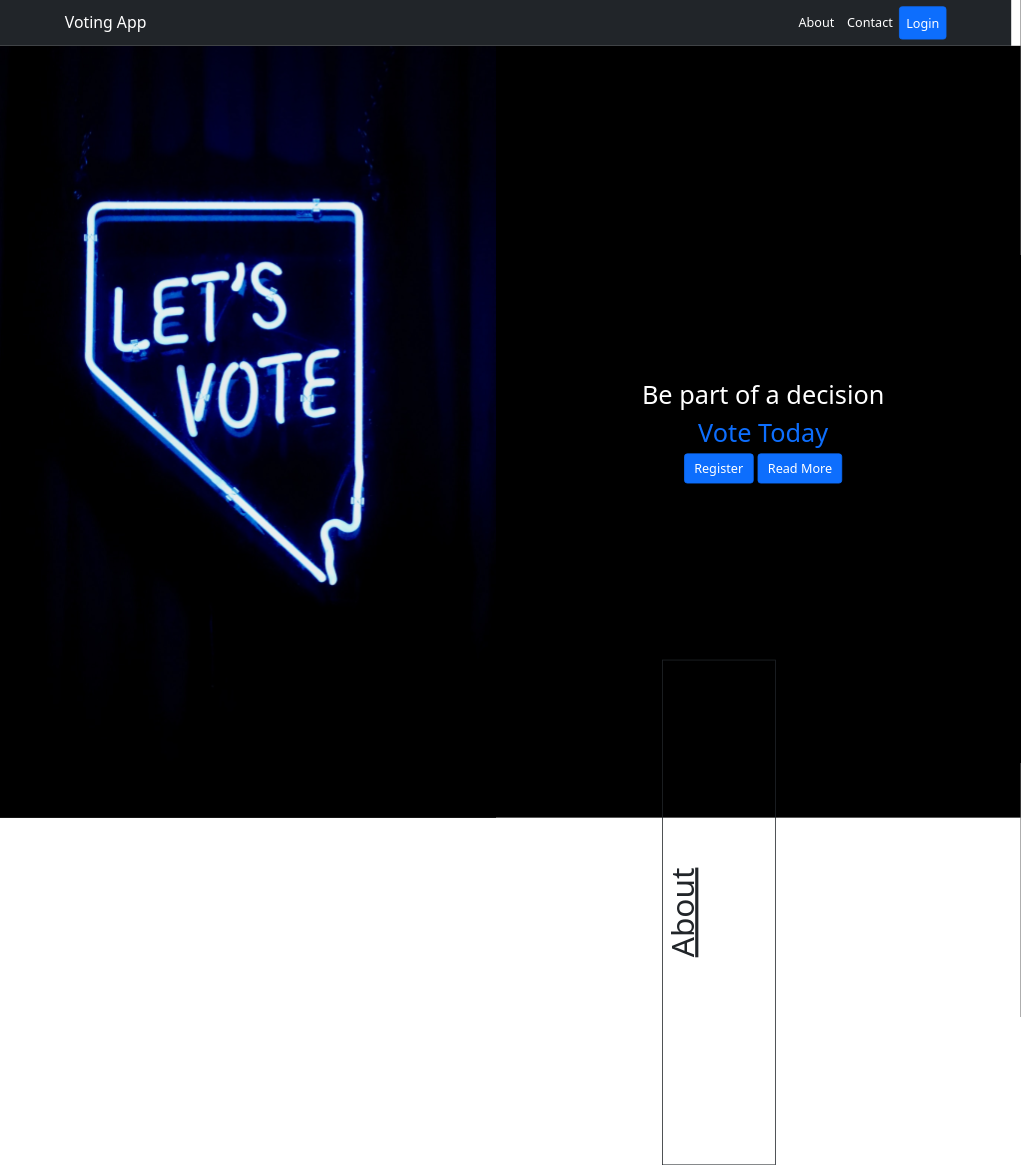
Repository: DavidManiIbrahim/Voting-app
Page: index.html
The author's editor kept a copy of each file at every save. The page is drawn from the files as they stood at one save, then again after the next save.
The browser window is 1280 px wide. The page is 1292 px wide, so the pictures cover 1292 px, including what lies to the right of the window. The pictures show the whole page, at 79% of full size.

Above is the page before, as saved 2025-01-18 04:01:31.

After the next save:
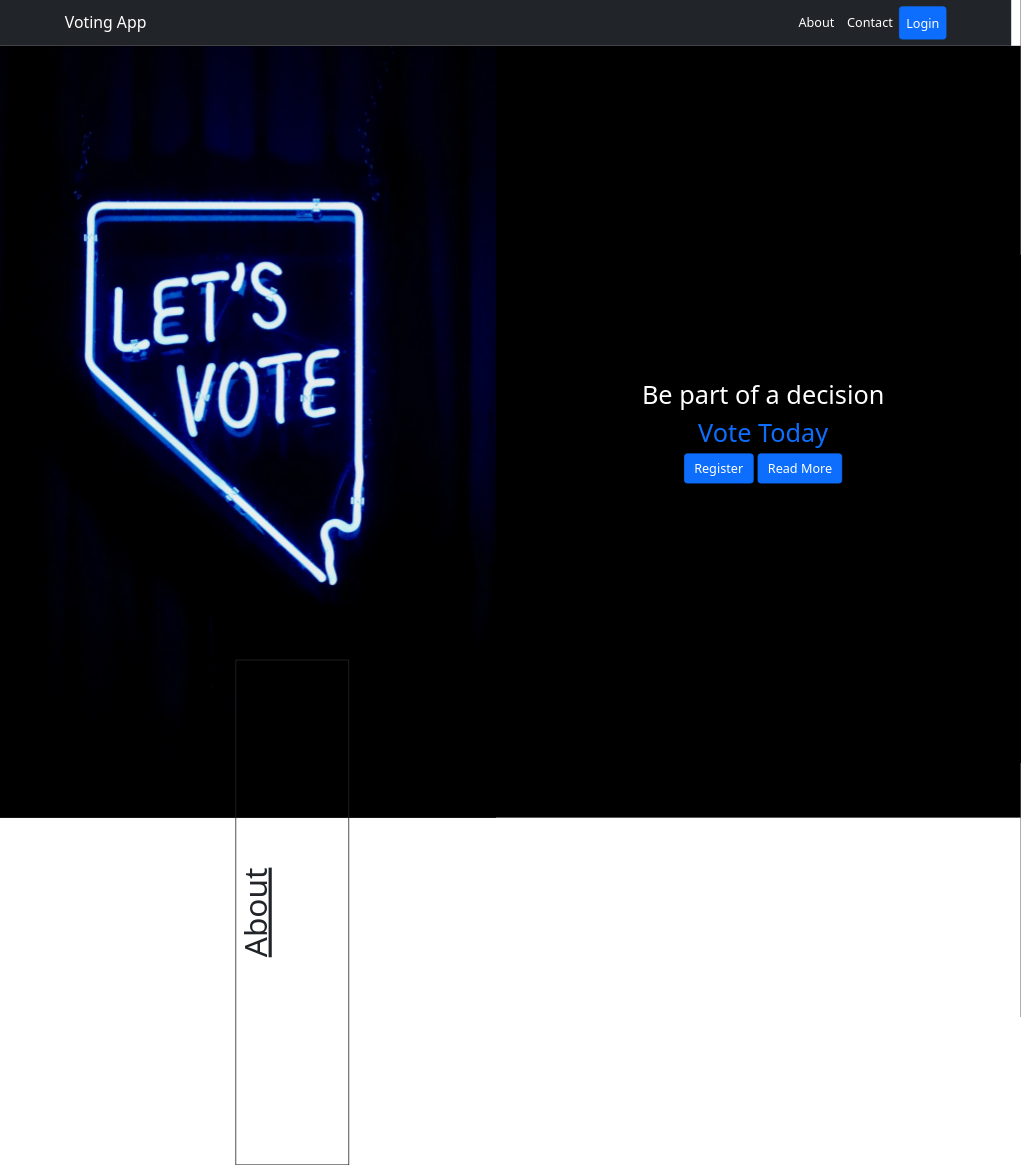
Saved 8 s later.
--- a/styles.css
+++ b/styles.css
@@ -14,6 +14,6 @@
     width:50%;
     height:20vh;
     position: absolute;
-    right: 50px;
+    left: 50px;
     text-align: center;
 }
